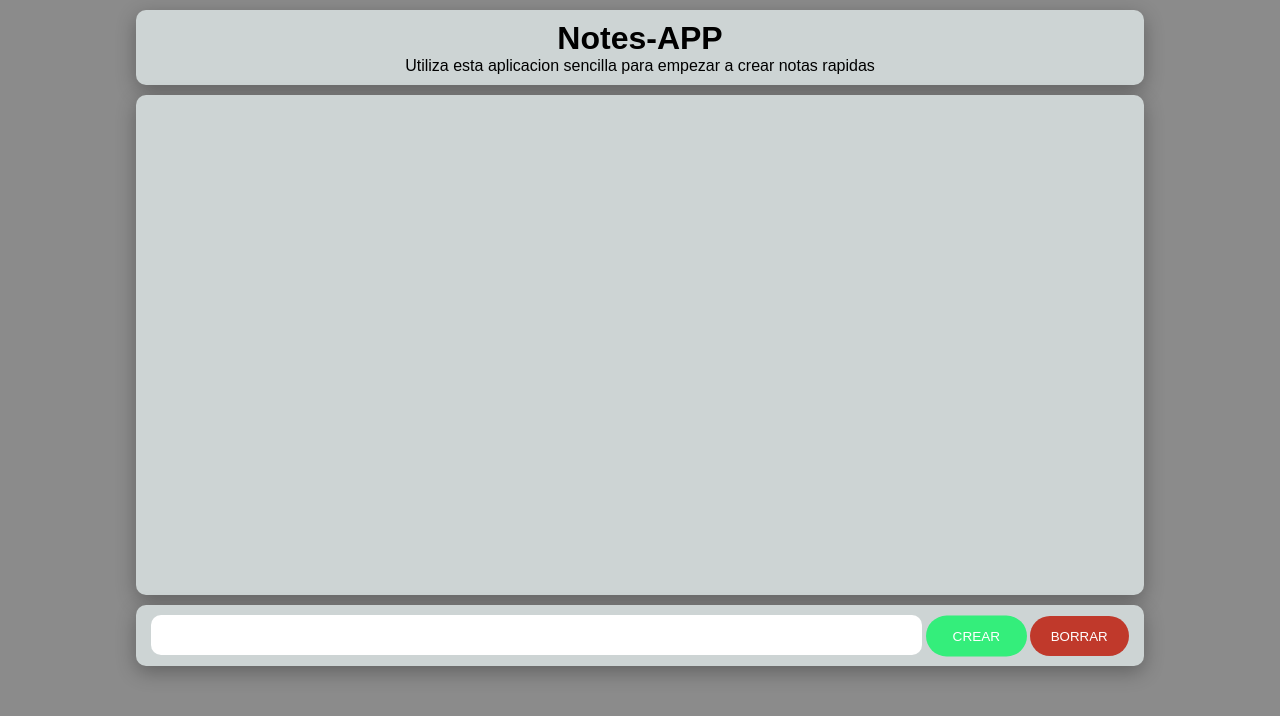
Repository: iocolopus/learn_web
Page: to_do persistente/index.html
An editor plug-in stored every save of this project. The page is shown before and after the next save, followed by the edit.
The browser window is 1280 px wide. The pictures show the whole page.
The pointer rests on the first visible `.button`.

Above is the page before, as saved 2026-02-16 22:36:47.

### to_do persistente/index.html
<!DOCTYPE html>
<html lang="en">
<head>
    <meta charset="UTF-8">
    <meta name="viewport" content="width=device-width, initial-scale=1.0">
    <link rel="stylesheet" href="styles.css">
    <title>NOTES</title>
</head>
<body>
    <header>
    <h1>Notes-APP</h1>
    <p>Utiliza esta aplicacion sencilla para empezar a crear notas rapidas</p>
    </header>
    <main>
    <div id="notes-container">
        <ul id="notes_list"></ul>
    </div>
    <div id="note-creation-container">
        <input type="text" id="text_box">
        <button class="button" id="create">CREAR</button>
        <button class="button" id="delete">BORRAR</button>
    </div>
    </main>
    <script src="script.js"></script>
</body>
</html>

### to_do persistente/styles.css
* {
    margin: 0;
    padding: 0;
    box-sizing: border-box;
}

body {
    font-family:Arial, Helvetica, sans-serif;
    background-color: rgba(44, 44, 44, 0.548);
    padding: 10px;
}

header, #notes-container, #note-creation-container{
    margin-left: auto;
    margin-right: auto;
    margin-bottom: 10px;
    padding: 10px;
    width: 80%;
    border-radius: 10px;
    background-color:rgb(205, 212, 212);
    box-shadow: 0px 6px 20px 0px rgba(0, 0, 0, 0.3) ;
}

header {
    text-align: center;
    display: block;

}

#notes-container {
    min-height: 200px;
    min-height: 500px;
    height: 80%;


}

.note {
    border-left: 2px solid rgb(58, 58, 58);
    margin: 10px;
    text-align: left;
    padding: 10px;
    box-shadow: 0 2px 4px rgba(0, 0, 0, 0.1);
    border-radius: 10px;
    list-style: none;
    background-color: aliceblue;
    transform: translateX(0);
    transition: all 0.3s ease;
}

.note:hover {
    transform: translateX(10px);
}

#note-creation-container {
    padding: 10px;

    margin-top: 10px;
    text-align: center;



}

#text_box {
    width: 78%;
    height: 40px;
    padding: 15px;
    border: none;
    border-radius: 10px;
    border: 2px solid transparent;
    font-size: 15px;

}

#text_box:focus {
    outline: 2px solid black;

}

.button {
    background-color: black;
    transition: all 0.2s ease;
    color: white;
    height: 40px;
    width: 10%;
    border: none;
    border-radius: 20px;
}

#delete {
    background-color: #c0392b;
}

#delete:hover {
    background-color: #e74c3c;
}

#create {
    background-color: #2bc064;
}

#create:hover {
    background-color: #34ee7b;
}


.button:hover {
    background-color: gray;
    transform: scale(1.02);
    box-shadow: 10px, 10px, 10px, 10px, rgb(0, 0, 0) inset;
    cursor: pointer;
}

#btn_del_note {
    position: absolute;
    right: 10px;
    top: 10px;
}

#btn_del_note:hover {
    transform: translate(3px, 0);
    background-color: #c0392b;
}

h1 {
    font-family:Arial, Helvetica, sans-serif
}

### to_do persistente/script.js
const input = document.getElementById("text_box");
const create_btn = document.getElementById("create");
const delete_btn = document.getElementById("delete");
const notesContainer = document.getElementById("notes_list");

let event;

function add() {
    const texto = input.value;

    if (texto == "") {
        return;
    }

    const nueva_nota = document.createElement("li");
    nueva_nota.textContent = texto;
    nueva_nota.className = "note";


    const boton_eliminar = document.createElement("button")
    boton_eliminar.classList.add('del_note_button', "button")
    boton_eliminar.id = "btn_del_note"
    boton_eliminar.textContent = "🗑️"

    nueva_nota.appendChild(boton_eliminar)
    notesContainer.appendChild(nueva_nota);

    input.value = "";
}

function del_last() {
    const list_item = notesContainer.lastElementChild;
    if (list_item) {
        list_item.remove();
    }
}

function del_note(event) {
    console.log(event)
    if (event.target.classList.contains('del_note_button')){
        console.log("eliminando nota")
        event.target.parentElement.remove()
    }
}

delete_btn.addEventListener("click", del_last);
create_btn.addEventListener("click", add);



input.addEventListener("keypress", function(event) {
    if (event.key == "Enter") {
        create_btn.click();íí
    }
});

input.addEventListener("keydown", function(event) {
    if (event.key == "Delete") {
        delete_btn.click();
    }
});

notesContainer.addEventListener("click",  del_note)

After the next save:
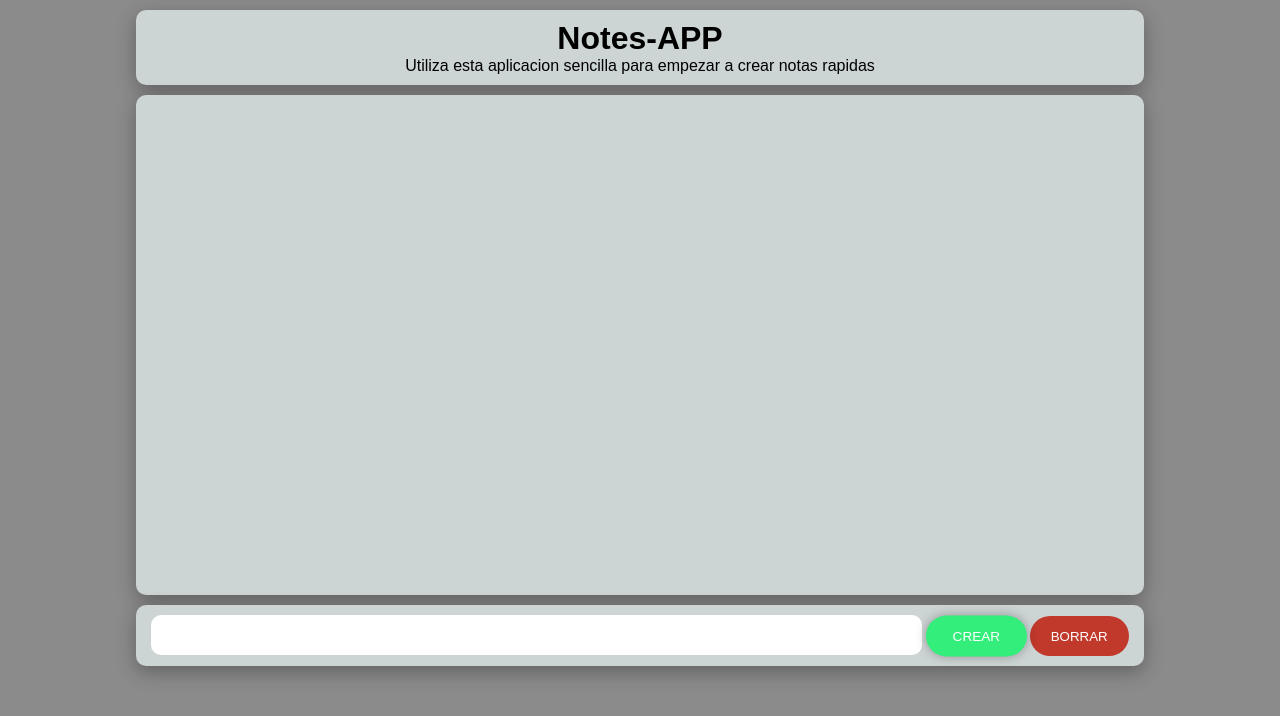
Saved 11 s later.
--- a/to_do persistente/styles.css
+++ b/to_do persistente/styles.css
@@ -108,7 +108,7 @@ header {
 .button:hover {
     background-color: gray;
     transform: scale(1.02);
-    box-shadow: 10px, 10px, 10px, 10px, rgb(0, 0, 0) inset;
+    box-shadow: 0 0 10px rgba(0, 0, 0, 0.3);
     cursor: pointer;
 }
 
